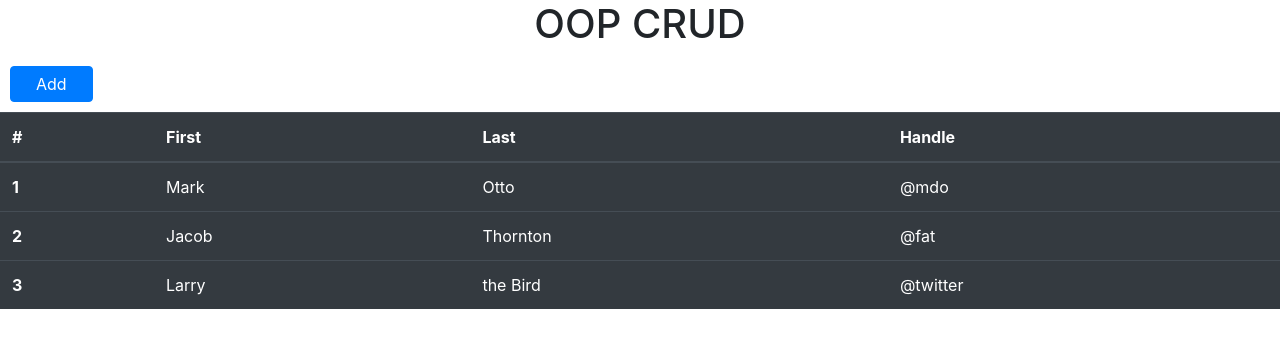
Repository: DhananjayaLakshan/PHP_CRUD_OOP1
Page: index.html
The author's editor kept a copy of each file at every save. The page is drawn from the files as they stood at one save, then again after the next save.
The browser window is 1280 px wide. The pictures show the whole page.

Above is the page before, as saved 2023-11-30 10:56:52.

### index.html
<!DOCTYPE html>
<html lang="en">

<head>
    <meta charset="UTF-8">
    <meta name="viewport" content="width=device-width, initial-scale=1.0">
    <title>CRUD OOP</title>
    <link rel="stylesheet" href="https://cdn.jsdelivr.net/npm/bootstrap@4.5.3/dist/css/bootstrap.min.css"
        integrity="sha384-TX8t27EcRE3e/ihU7zmQxVncDAy5uIKz4rEkgIXeMed4M0jlfIDPvg6uqKI2xXr2" crossorigin="anonymous">
    <link rel="stylesheet" href="style.css">
    <script src="script.js"></script>
</head>

<body>

    <h1 style="text-align: center;">OOP CRUD</h1>

    <a href="#"><button class="btn btn-primary addButton" id="addButton">Add</button></a>

    <table class="table table-dark">
        <thead>
            <tr>
                <th scope="col">#</th>
                <th scope="col">First</th>
                <th scope="col">Last</th>
                <th scope="col">Handle</th>
            </tr>
        </thead>
        <tbody>
            <tr>
                <th scope="row">1</th>
                <td>Mark</td>
                <td>Otto</td>
                <td>@mdo</td>
            </tr>
            <tr>
                <th scope="row">2</th>
                <td>Jacob</td>
                <td>Thornton</td>
                <td>@fat</td>
            </tr>
            <tr>
                <th scope="row">3</th>
                <td>Larry</td>
                <td>the Bird</td>
                <td>@twitter</td>
            </tr>
        </tbody>
    </table>

    <script src="https://code.jquery.com/jquery-3.5.1.slim.min.js"
        integrity="sha384-DfXdz2htPH0lsSSs5nCTpuj/zy4C+OGpamoFVy38MVBnE+IbbVYUew+OrCXaRkfj"
        crossorigin="anonymous"></script>
    <script src="https://cdn.jsdelivr.net/npm/bootstrap@4.5.3/dist/js/bootstrap.bundle.min.js"
        integrity="sha384-ho+j7jyWK8fNQe+A12Hb8AhRq26LrZ/JpcUGGOn+Y7RsweNrtN/tE3MoK7ZeZDyx"
        crossorigin="anonymous"></script>
</body>

</html>

### style.css
.addButton {
    padding: 5px 25px;
    margin: 10px;

}

Loaded but not shown: script.js (no stored copy; drawn as an empty file)

After the next save:
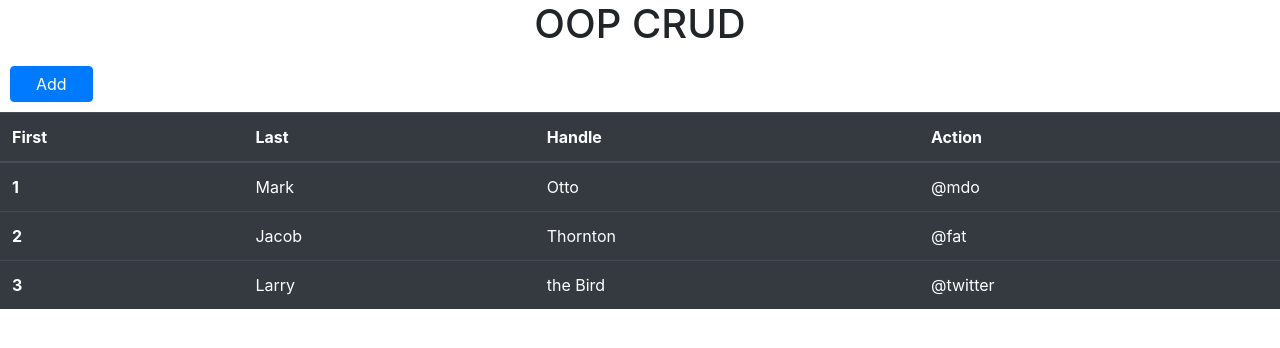
Saved 18 s later.
--- a/index.html
+++ b/index.html
@@ -20,10 +20,11 @@
     <table class="table table-dark">
         <thead>
             <tr>
-                <th scope="col">#</th>
+
                 <th scope="col">First</th>
                 <th scope="col">Last</th>
                 <th scope="col">Handle</th>
+                <th scope="col">Action</th>
             </tr>
         </thead>
         <tbody>
